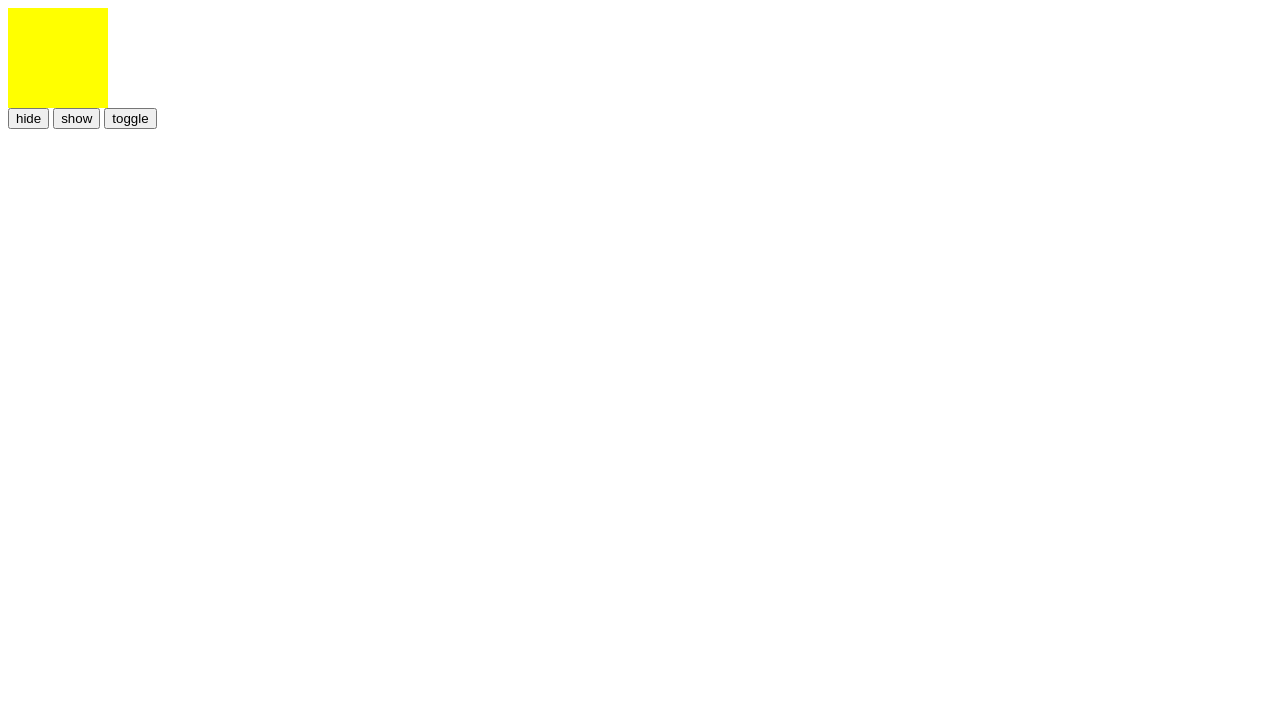
Repository: mjh1583/Hustar03_eGov
Page: http://localhost/JavaScript/js011.jsp
An editor plug-in stored every save of this project. The page is shown before and after the next save, followed by the edit.
The browser window is 1280 px wide. The pictures show the whole page.
The page is served by Tomcat 9.

Above is the page before, as saved 2021-05-07 01:48:45.

### workspace/JavaScript/src/main/webapp/js011.jsp
<%@ page language="java" contentType="text/html; charset=UTF-8"
    pageEncoding="UTF-8"%>
<!DOCTYPE html>
<html>
<head>
	<meta charset="UTF-8">
	<title>animation</title>
</head>
<body>
	<div>
		<div id="div1" style="width: 100px; height: 100px; background-color: yellow;"></div>
		<input type="button" id="btn1_1" value="hide"/>
		<input type="button" id="btn1_2" value="show"/>
		<input type="button" id="btn1_3" value="toggle"/>
	</div>

	<script src="https://code.jquery.com/jquery-3.6.0.js"></script>
	<script type="text/javascript">

	</script>
</body>
</html>

After the next save:
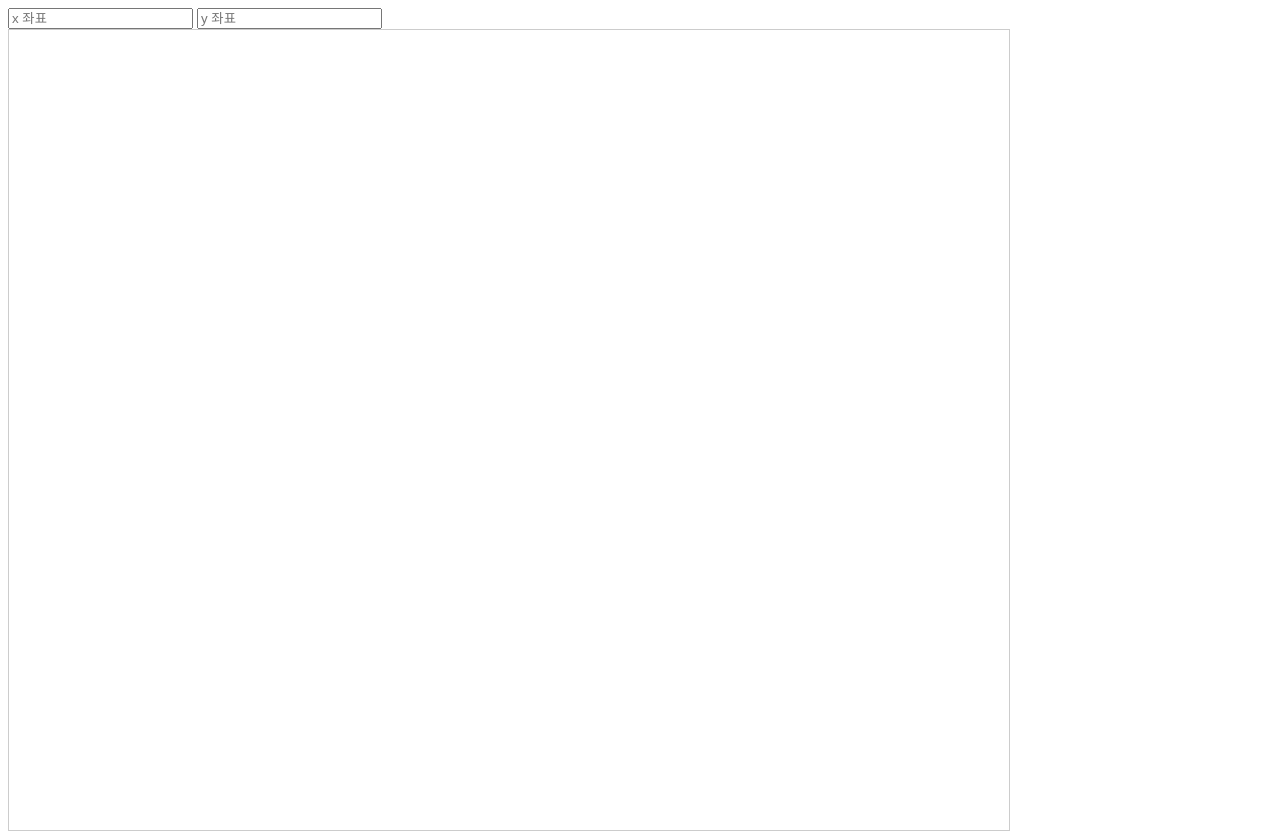
Saved 3 min 37 s later.
--- a/workspace/JavaScript/src/main/webapp/js011.jsp
+++ b/workspace/JavaScript/src/main/webapp/js011.jsp
@@ -8,10 +8,12 @@
 </head>
 <body>
 	<div>
-		<div id="div1" style="width: 100px; height: 100px; background-color: yellow;"></div>
-		<input type="button" id="btn1_1" value="hide"/>
-		<input type="button" id="btn1_2" value="show"/>
-		<input type="button" id="btn1_3" value="toggle"/>
+		<input type="text" id="pageX" value="" placeholder="x 좌표"/>
+		<input type="text" id="pageY" value="" placeholder="y 좌표"/>
+	</div>
+
+	<div style="width: 1000px; height: 800px; border: 1px solid #ccc;" id="contentsArea">
+
 	</div>
 
 	<script src="https://code.jquery.com/jquery-3.6.0.js"></script>
